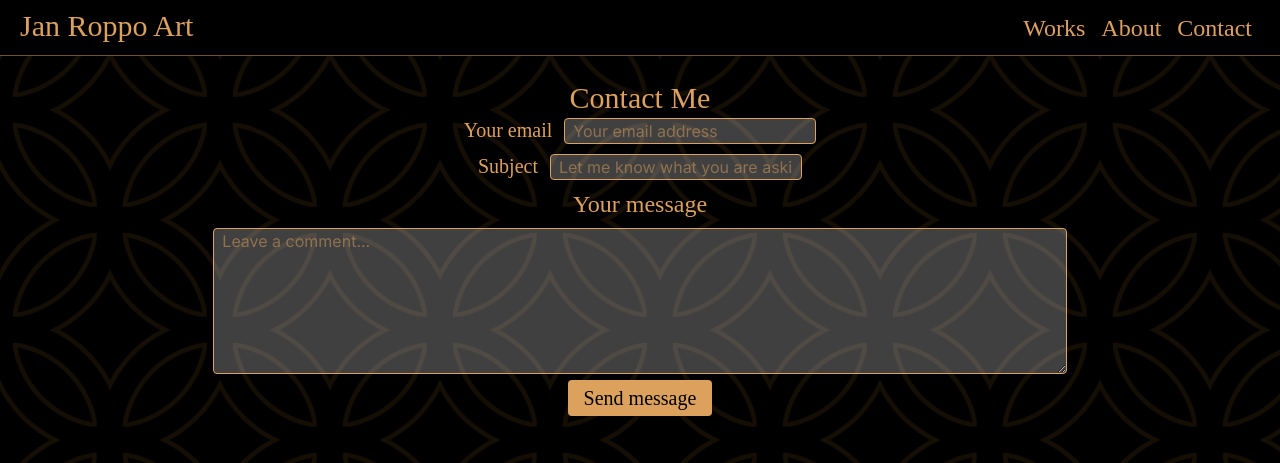
Repository: YanceMcFinn/JRArt
Page: /contact
The author's editor kept a copy of each file at every save. The page is drawn from the files as they stood at one save, then again after the next save.
The browser window is 1280 px wide. The pictures show the whole page.
Some web fonts or font styles are not loaded; a fallback is used. The project was rebuilt for these pictures with package versions that can differ from the ones it lists, and the page was loaded fresh each time. The framework's server and built-in components were replaced by stand-ins that run in the browser. Also part of the build but not shown: next.config.js.

Above is the page before, as saved 2023-10-28 22:35:03.

### app/layout.js
import './globals.css'
import { Inter } from 'next/font/google'

import Navbar from './components/Navbar'

const inter = Inter({ subsets: ['latin'] })

export const metadata = {
  title: 'Jan Roppo Art',
  description: 'The art of Jan Roppo',
}

export default function RootLayout({ children }) {
  return (
    <html lang="en">
      <head>
        <link rel="preconnect" href="https://fonts.googleapis.com" />
        <link rel="preconnect" href="https://fonts.gstatic.com" crossorigin />
        <link href="https://fonts.googleapis.com/css2?family=Macondo+Swash+Caps&display=swap" rel="stylesheet" />
      </head>
      <body className={inter.className}>
        <Navbar />
        {children}
      </body>
    </html>
  )
}

### app/contact/page.jsx
'use client'

import Image from 'next/image'

export default function Contact() {
    return(
        <div className='text-main-color text-center justify-content-center mt-20'>
            <div className='title text-center text-3xl'>Contact Me</div>
                <form className='w-2/3 mx-auto'>
                    <div className='mb-2'>
                        <label for="email" className='pr-3 title text-xl'>Your email</label>
                        <input type="email" className='rounded px-2 bg-white/25 border border-main-color text-main-color placeholder-main-color/50 focus:border-main-color focus:border-2 focus:outline-none focus:ring-0'id="email" placeholder="Your email address" required/>
                    </div>
                    <div className='mb-2'>
                        <label for="subject" className='pr-3 title text-xl'>Subject</label>
                        <input type="text" id="subject" className='rounded px-2 bg-white/25 border border-main-color text-main-color placeholder-main-color/50 focus:border-main-color focus:border-2 focus:outline-none focus:ring-0' placeholder="Let me know what you are asking about!" required/>
                    </div>
                <div class="sm:col-span-2">
              <label for="message" className='title text-2xl' >Your message</label><br/>
              <textarea id="message" rows="6" placeholder="Leave a comment..." className='rounded w-full px-2 mt-2 bg-white/25 border border-main-color text-main-color placeholder-main-color/50 focus:border-main-color focus:border-2 focus:outline-none focus:ring-0'></textarea>
          </div>
          <button type="submit" className='bg-main-color text-black title text-xl rounded px-4 py-1'>Send message</button>
      </form>
        </div>
    )
}

### app/globals.css
@tailwind base;
@tailwind components;
@tailwind utilities;

@import url('https://fonts.googleapis.com/css2?family=Macondo+Swash+Caps&display=swap');
/* body {
 background-color: black;
} */


.title {
    font-family: 'Macondo Swash Caps', cursive;
}

html {
    --s: 220px; /* control the size */
    --c1: #150e05;
    --c2: #000000;

    --_g:radial-gradient(#0000 60%,var(--c1) 61% 63%,#0000 64% 77%,var(--c1) 78% 80%,#0000 81%);
    --_c:,#0000 75%,var(--c2) 0;
    background:
      conic-gradient(at 12% 20% var(--_c)) calc(var(--s)* .44) calc(.9*var(--s)),
      conic-gradient(at 12% 20% var(--_c)) calc(var(--s)*-.06) calc(.4*var(--s)),
      conic-gradient(at 20% 12% var(--_c)) calc(.9*var(--s)) calc(var(--s)* .44),
      conic-gradient(at 20% 12% var(--_c)) calc(.4*var(--s)) calc(var(--s)*-.06),
      var(--_g),var(--_g) calc(var(--s)/2) calc(var(--s)/2) var(--c2);
    background-size: var(--s) var(--s);
    background-attachment: fixed;
  }

### app/components/Navbar.jsx
import React from "react";

const Navbar = () => {
    return(
    <>
    <div className="top-0 w-full z-10 h-14 bg-black px-5 py-2 text-main-color border-b border-b-main-color/50 fixed">
      <div className="float-left title text-3xl">
        <a className="hover:text-white" href="/">Jan Roppo Art</a>
      </div>
      <div className="mt-1 float-right title text-2xl">
        <ul>
        <li className="inline px-2">
            <a href="/" className="hover:text-white">Works</a>
          </li>
          <li className="inline px-2">
            <a href="/about" className="hover:text-white">About</a>
          </li>
          <li className="inline px-2">
            <a href="/contact" className="hover:text-white">Contact</a>
          </li>
        </ul>
      </div>
    </div>
    </>

    )
}

export default Navbar

### tailwind.config.js
/** @type {import('tailwindcss').Config} */
module.exports = {
  content: [
    './pages/**/*.{js,ts,jsx,tsx,mdx}',
    './components/**/*.{js,ts,jsx,tsx,mdx}',
    './app/**/*.{js,ts,jsx,tsx,mdx}',
  ],
  theme: {
    extend: {
      backgroundImage: {
      },
      colors: {
        'main-color': '#dda15e'
      },
    },
  },
  plugins: [],
}

After the next save:
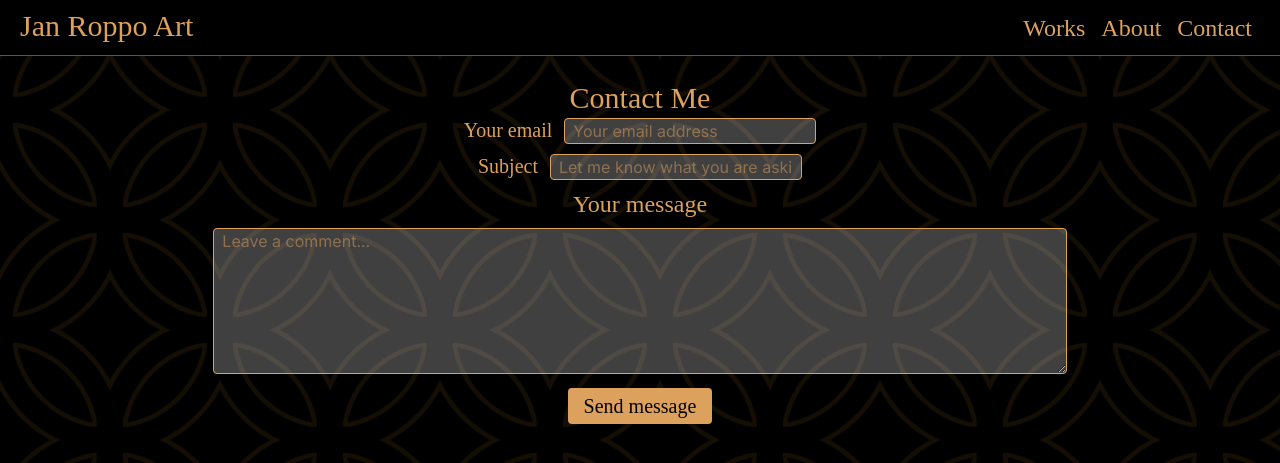
Saved 35 s later.
--- a/app/contact/page.jsx
+++ b/app/contact/page.jsx
@@ -19,7 +19,7 @@ export default function Contact() {
               <label for="message" className='title text-2xl' >Your message</label><br/>
               <textarea id="message" rows="6" placeholder="Leave a comment..." className='rounded w-full px-2 mt-2 bg-white/25 border border-main-color text-main-color placeholder-main-color/50 focus:border-main-color focus:border-2 focus:outline-none focus:ring-0'></textarea>
           </div>
-          <button type="submit" className='bg-main-color text-black title text-xl rounded px-4 py-1'>Send message</button>
+          <button type="submit" className='bg-main-color text-black title text-xl rounded px-4 py-1 mt-2'>Send message</button>
       </form>
         </div>
     )
